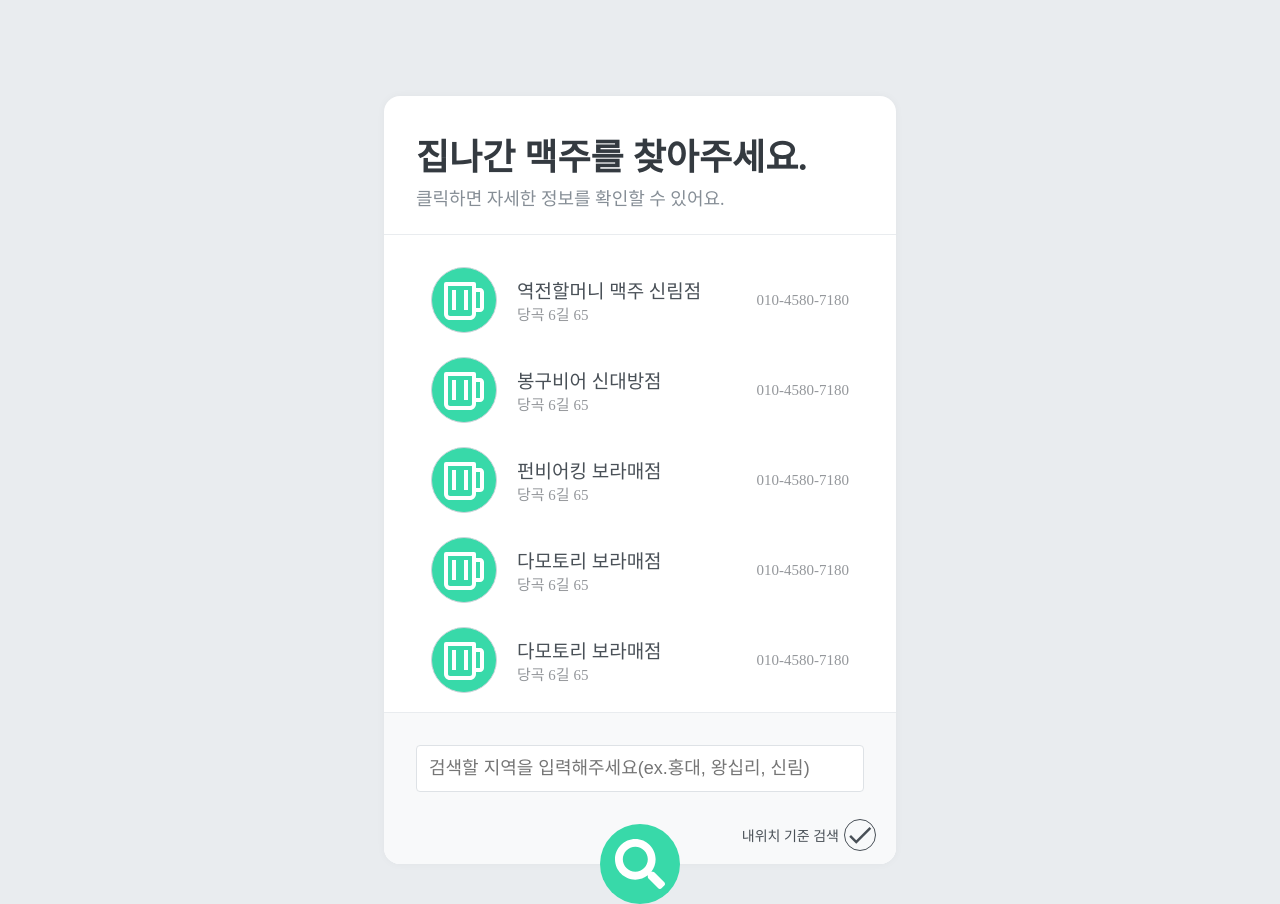
Repository: THE-SOPT-WEB/kimNamjun
Page: / (app in week4/bring-my-beer/)
The author's editor kept a copy of each file at every save. The page is drawn from the files as they stood at one save, then again after the next save.
The browser window is 1280 px wide. The pictures show the whole page.
An inner scrolling area shows only its first screen. The project was rebuilt for these pictures with package versions that can differ from the ones it lists, and the page was loaded fresh each time.

Above is the page before, as saved 2022-05-13 02:59:40.

### week4/bring-my-beer/public/index.html
<!DOCTYPE html>
<html lang="en">
  <head>
    <meta charset="utf-8" />
    <link rel="icon" href="%PUBLIC_URL%/favicon.ico" />
    <meta name="viewport" content="width=device-width, initial-scale=1" />
    <meta name="theme-color" content="#000000" />
    <meta
      name="description"
      content="Web site created using create-react-app"
    />
    <link rel="apple-touch-icon" href="%PUBLIC_URL%/logo192.png" />
    <!--
      manifest.json provides metadata used when your web app is installed on a
      user's mobile device or desktop. See https://developers.google.com/web/fundamentals/web-app-manifest/
    -->
    <link rel="manifest" href="%PUBLIC_URL%/manifest.json" />
    <!--
      Notice the use of %PUBLIC_URL% in the tags above.
      It will be replaced with the URL of the `public` folder during the build.
      Only files inside the `public` folder can be referenced from the HTML.

      Unlike "/favicon.ico" or "favicon.ico", "%PUBLIC_URL%/favicon.ico" will
      work correctly both with client-side routing and a non-root public URL.
      Learn how to configure a non-root public URL by running `npm run build`.
    -->
    <title>우리동네 맥주집</title>
  </head>
  <body>
    <noscript>You need to enable JavaScript to run this app.</noscript>
    <div id="root"></div>
    <!--
      This HTML file is a template.
      If you open it directly in the browser, you will see an empty page.

      You can add webfonts, meta tags, or analytics to this file.
      The build step will place the bundled scripts into the <body> tag.

      To begin the development, run `npm start` or `yarn start`.
      To create a production bundle, use `npm run build` or `yarn build`.
    -->
  </body>
</html>

### week4/bring-my-beer/src/App.js
import React from 'react';
import { createGlobalStyle } from 'styled-components';
import Template from './components/Template';
import Header from './components/Header';
import List from './components/List';
import Search from './components/Search';

const GlobalStyle = createGlobalStyle`
  body {
    background: #e9ecef;
  }
`;

function App() {
  return (
    <>
      <GlobalStyle />
      <Template>
        <Header />
        <List />
        <Search />
      </Template>
    </>
  );
}

export default App;

### week4/bring-my-beer/src/components/Template.jsx
import React from 'react';
import styled from 'styled-components';

const TemplateBlock = styled.div`
  width: 512px;
  height: 768px;

  position: relative;
  background: white;
  border-radius: 16px;
  box-shadow: 0 0 8px 0 rgba(0, 0, 0, 0.04);

  margin: 0 auto;

  margin-top: 96px;
  margin-bottom: 32px;
  display: flex;
  flex-direction: column;
`;

function Template({ children }) {
  return <TemplateBlock>{children}</TemplateBlock>;
}

export default Template;

### week4/bring-my-beer/src/components/Header.jsx
import React from 'react';
import styled from 'styled-components';

const HeaderBlock = styled.div`
  padding: 32px 32px 24px 32px;
  border-bottom: 1px solid #e9ecef;
  h1 {
    margin: 0;
    font-size: 36px;
    color: #343a40;
  }
  .tip {
    margin-top: 4px;
    color: #868e96;
    font-size: 18px;
  }
`;

function Header() {
  return (
    <HeaderBlock>
      <h1>집나간 맥주를 찾아주세요. </h1>
      <div className="tip">클릭하면 자세한 정보를 확인할 수 있어요.</div>
    </HeaderBlock>
  );
}

export default Header;

### week4/bring-my-beer/src/components/List.jsx
import React from 'react';
import axios from "axios";
import Skeleton, { SkeletonTheme } from 'react-loading-skeleton'
import styled from 'styled-components';
import Item from './Item';

const ListBlock = styled.div`
  flex: 1;
  padding: 20px 32px;
  padding-bottom: 48px;
  overflow-y: auto;
`;

function List() {
  return (
    <ListBlock>
      <Item title="역전할머니 맥주 신림점" adress='당곡 6길 65' contact='010-4580-7180'/>
      <Item title="봉구비어 신대방점" adress='당곡 6길 65' contact='010-4580-7180'/>
      <Item title="펀비어킹 보라매점" adress='당곡 6길 65' contact='010-4580-7180'/>
      <Item title="다모토리 보라매점" adress='당곡 6길 65' contact='010-4580-7180'/>
      <Item title="다모토리 보라매점" adress='당곡 6길 65' contact='010-4580-7180'/>
      <Item title="다모토리 보라매점" adress='당곡 6길 65' contact='010-4580-7180'/>
      <Item title="다모토리 보라매점" adress='당곡 6길 65' contact='010-4580-7180'/>
      <Item title="다모토리 보라매점" adress='당곡 6길 65' contact='010-4580-7180'/>
      <Item title="다모토리 보라매점" adress='당곡 6길 65' contact='010-4580-7180'/>
      <Item title="다모토리 보라매점" adress='당곡 6길 65' contact='010-4580-7180'/>
      <Item title="다모토리 보라매점" adress='당곡 6길 65' contact='010-4580-7180'/>
      <Item title="다모토리 보라매점" adress='당곡 6길 65' contact='010-4580-7180'/>
      <Item title="다모토리 보라매점" adress='당곡 6길 65' contact='010-4580-7180'/>
      <Item title="다모토리 보라매점" adress='당곡 6길 65' contact='010-4580-7180'/>
      <Item title="다모토리 보라매점" adress='당곡 6길 65' contact='010-4580-7180'/>
      <Item title="다모토리 보라매점" adress='당곡 6길 65' contact='010-4580-7180'/>
    </ListBlock>
  );
}

export default List;

### week4/bring-my-beer/src/components/Search.jsx
import React, {useState} from 'react';
import styled, {css} from 'styled-components';
import { FaSearch } from 'react-icons/fa';
import { MdDone } from 'react-icons/md';

const CircleButton = styled.button`
  background: #38d9a9;
  &:hover {
    background: #63e6be;
  }
  &:active {
    background: #20c997;
  }

  cursor: pointer;
  width: 80px;
  height: 80px;
  display: block;
  align-items: center;
  justify-content: center;
  font-size: 50px;
  position: absolute;
  left: 50%;
  bottom: 0px;
  transform: translate(-50%, 50%);
  color: white;
  border-radius: 50%;
  border: none;
  outline: none;
  display: flex;
  align-items: center;
  justify-content: center;
  transition: 0.125s all ease-in;

`;

const InsertFormPositioner = styled.div`
  width: 100%;
  bottom: 0;
  left: 0;
  position: absolute;
`;

const InsertForm = styled.form`
  background: #f8f9fa;
  padding: 32px 32px 72px 32px;
  border-bottom-left-radius: 16px;
  border-bottom-right-radius: 16px;
  border-top: 1px solid #e9ecef;
`;

const Input = styled.input`
  padding: 12px;
  border-radius: 4px;
  border: 1px solid #dee2e6;
  width: 100%;
  outline: none;
  font-size: 18px;
  box-sizing: border-box;
`;

const CheckBox = styled.div`
  font-size: 14px;
  position: absolute;
  right: 20px;
  bottom: 5px;
  display: flex;
  align-items: center;
  justify-content: center;
  transition: 0.125s all ease-in;
  color: #495057;
`

const SmallCircleButton = styled.div`
  &:hover {
    border: 1px solid #38d9a9;
    color:#38d9a9;
  }
  &:active {
    border: 1px solid #20c997;;
    color:#20c997;;
  }

  cursor: pointer;
  width: 30px;
  height: 30px;
  font-size: 50px;
  color: #495057;
  border: 1px solid #495057;
  border-radius: 50%;
  margin-left: 5px;
  display: flex;
  align-items: center;
  justify-content: center;

  transition: 0.125s all ease-in;
  ${props =>
    props.checked &&
    css`
      border: 1px solid #38d9a9;
      color:#38d9a9;
    `}
`

function Search() {

  const [checked, setChecked] = useState(false);

  const onToggle = () => setChecked(!checked);

  return (
    <>
        <InsertFormPositioner>
          <InsertForm>
            <Input autoFocus placeholder="검색할 지역을 입력해주세요(ex.홍대, 왕십리, 신림)" disabled={checked} />
          </InsertForm>
        </InsertFormPositioner>
      <CircleButton>
        <FaSearch/>
      </CircleButton>
      <CheckBox>
        <p> 내위치 기준 검색</p>
        <SmallCircleButton onClick={onToggle} checked={checked}>
          <MdDone/>
        </SmallCircleButton>
      </CheckBox>

    </>
  );
}

export default Search;

### week4/bring-my-beer/src/components/Item.jsx
import React from 'react';
import styled  from 'styled-components';
import { BiBeer } from 'react-icons/bi';

const ItemBlock = styled.div`
  display: flex;
  align-items: center;
  padding: 12px 15px;
  border-radius:10px;
  transition: 0.25s all ease-in;
  cursor: pointer;
  &:hover{
    box-shadow: 0 0 8px 0 rgba(0, 0, 0, 0.5);
  }
`;

const Icon = styled.div`
  width: 64px;
  height: 64px;
  border-radius: 50px;
  border: 1px solid #ced4da;
  font-size: 48px;
  display: flex;
  align-items: center;
  justify-content: center;
  margin-right: 20px;
  cursor: pointer;
  background-color: #38d9a9;
  color: #fff;
`;

const Title = styled.div`
  flex: 1;
  font-size: 19px;
  color: #495057;
`;

const Adress = styled.div`
  font-size: 15px;
  color: #94979b;
`

const  Contact = styled.div`
  font-size: 15px;
  color: #94979b;
`

function Item({ title,adress,contact }) {
  return (
    <ItemBlock>
      <Icon >
        <BiBeer />
      </Icon>
      <Title >{title}
        <Adress>{adress}</Adress>
      </Title>
      <Contact>{contact}</Contact>
    </ItemBlock>
  );
}

export default Item;

Loaded but not shown: week4/bring-my-beer/src/index.js (common file)

After the next save:
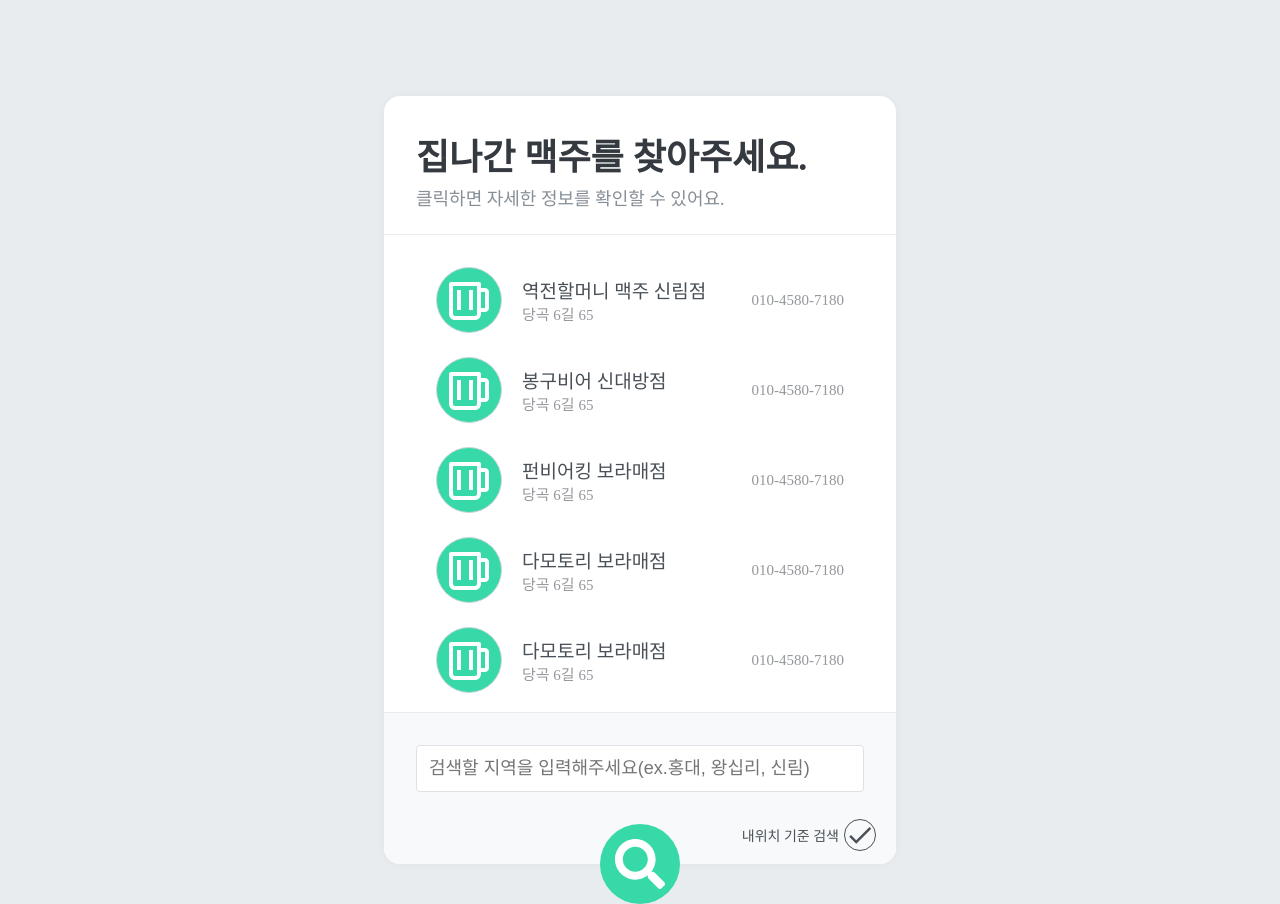
Saved 8 s later.
--- a/week4/bring-my-beer/src/components/Item.jsx
+++ b/week4/bring-my-beer/src/components/Item.jsx
@@ -5,7 +5,7 @@ import { BiBeer } from 'react-icons/bi';
 const ItemBlock = styled.div`
   display: flex;
   align-items: center;
-  padding: 12px 15px;
+  padding: 12px 20px;
   border-radius:10px;
   transition: 0.25s all ease-in;
   cursor: pointer;
